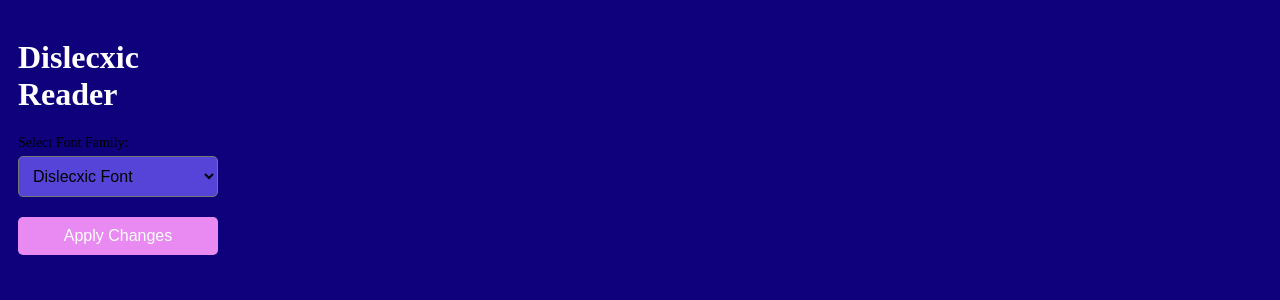
Repository: adatechschool/extension-navigateur-extension_walid_eliana_imelda
Page: Extention 3/popup.html
These files come from the project's save history. The page is drawn as it stood at one moment and after the next save; the edit follows.
The browser window is 1280 px wide. The pictures show the whole page.
The pointer rests on the first visible `button`.

Above is the page before, as saved 2024-01-12 15:58:26.

### Extention 3/popup.html
<!-- popup.html -->
<!DOCTYPE html>
<html>
<head>
  <link rel="stylesheet" type="text/css" href="popup.css">
  <script type="module" src="popup.js"></script>

  <link rel="preconnect" href="https://fonts.googleapis.com">
<link rel="preconnect" href="https://fonts.gstatic.com" crossorigin>
<link href="https://fonts.googleapis.com/css2?family=Montserrat:wght@400;700&display=swap" rel="stylesheet">

</head>
<body>
    <h1> Dislecxic Reader </h1>
  <label for="font-family">Select Font Family:</label>

  <select id="font-family">

    <option value="Montserrat">Dislecxic Font</option>

    <option value="Arial"> Lettres en Gras</option>

    <option value="Courier New"> Le deux</option>
    <!-- Add more font options as needed -->
  </select>

  <button id="apply-button">Apply Changes</button>
</body>
</html>

### Extention 3/popup.css
body {
    width: 200px;
    padding: 10px;
    background-color: #0f007c;

  }

  label {
    display: block;
    margin-bottom: 5px;
    font-size: 14px;
  }

  select, button {
    width: 100%;
    margin-bottom: 20px;
    padding: 10px;
    font-size: 16px;
    background-color:#5544d7;
    border-radius: 5px;
  }

  button {
    background-color: #5544d7;
    color: white;
    border: 5px;
    cursor: pointer;
  }

  button:hover {
    background-color: #e88af1;
  }
  h1 {
    color:white;
  }

### Extention 3/popup.js
document.addEventListener('DOMContentLoaded', function() {
    var applyButton = document.getElementById('apply-button');
    var fontFamilySelect = document.getElementById('font-family');

    applyButton.addEventListener('click', function() {
      var selectedFontFamily = fontFamilySelect.value;
      chrome.tabs.query({ active: true, currentWindow: true }, function(tabs) {
        chrome.tabs.sendMessage(tabs[0].id, { action: 'applyChanges', selectedFontFamily: selectedFontFamily });
      });
    });
  });

After the next save:
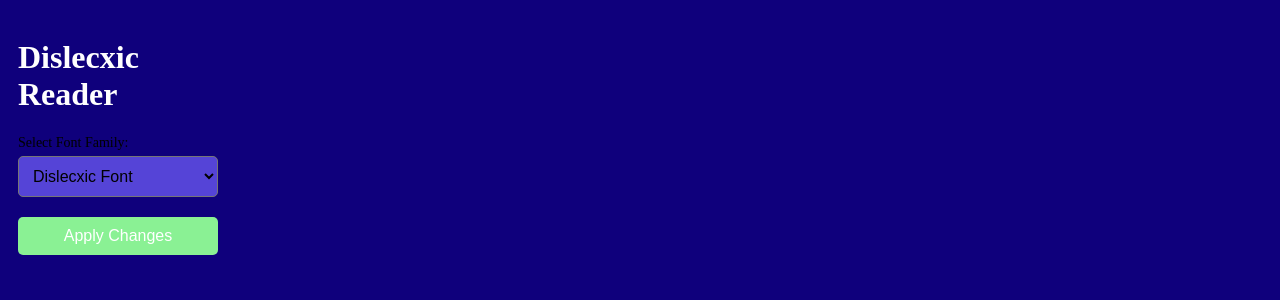
Saved 19 s later.
--- a/Extention 3/popup.css
+++ b/Extention 3/popup.css
@@ -28,7 +28,7 @@ body {
   }
 
   button:hover {
-    background-color: #e88af1;
+    background-color: #8af194;
   }
   h1 {
     color:white;
